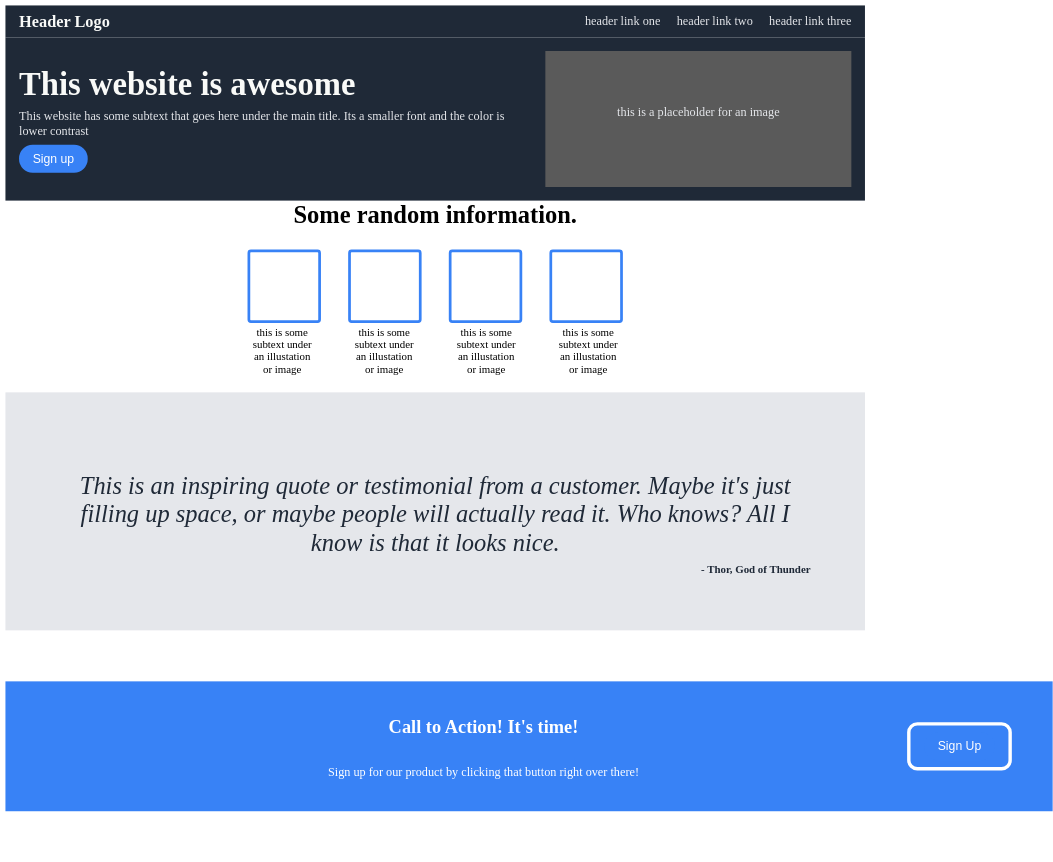
Repository: mnhardy1504/odin-recipes1
Page: flexboxlanding/index.html
An editor plug-in stored every save of this project. The page is shown before and after the next save, followed by the edit.
The browser window is 1280 px wide. The page is 1548 px wide, so the pictures cover 1548 px, including what lies to the right of the window. The pictures show the whole page, at 68% of full size.

Above is the page before, as saved 2023-09-15 14:41:45.

### flexboxlanding/index.html
<!DOCTYPE html>
<html>

<head>
    <meta charset="UTF-8">
    <link rel="stylesheet" href="index.css">
</head>

<body>
    <div class="header">
        <div class="header-logo"><strong>Header Logo</strong></div>
        <div class="header-links">
            <a href="#">header link one</a>
            <a href="#">header link two</a>
            <a href="#">header link three</a>
        </div>
    </div>

    <div class="flexbox-section">
        <div class="flexbox-content">
            <h1>This website is awesome</h1>
            <p class="subtext">This website has some subtext that goes here under the main title. Its a smaller font and
                the color is lower contrast</p>
            <button>Sign up</button>
        </div>
        <div class="image-container">
            <div class="image-placeholder">
                <div class="image-text">this is a placeholder for an image</div>
            </div>
        </div>
    </div>

    <div class="random"><strong>Some random information.</strong></div>

    <div class="square-container">
        <div class="square">
            <div class="square-text">
            </div>
        </div>
        <div class="square">
            <div class="square-text">
            </div>
        </div>
        <div class="square">
            <div class="square-text">
            </div>
        </div>
        <div class="square">
            </div>
        </div>
        <div class="text-container">
            <div class="text-box">this is some subtext under an illustation or image</div>
            <div class="text-box">this is some subtext under an illustation or image</div>
            <div class="text-box">this is some subtext under an illustation or image</div>
            <div class="text-box">this is some subtext under an illustation or image</div>
        </div>
    </div>
    <div class="quote-section">
        <p class="quote-text">
            This is an inspiring quote or testimonial from a customer. Maybe it's just filling up space, or maybe people
            will actually read it. Who knows? All I know is that it looks nice.
        </p>
        <div class="quote-author">
            <strong>- Thor, God of Thunder</strong>
        </div>
    </div>

    <div class="call-to-action-box">
        <div class="call-to-action-content">
            <h2>Call to Action! It's time!</h2>
            <p>Sign up for our product by clicking that button right over there!</p>
        </div>
        <div class="call-to-action-button">
            <button>Sign Up</button>
        </div>
    </div>
</body>

</html>

### flexboxlanding/index.css
.header {
    background-color: #1F2937; /* Header background color */
    color: white; /* Text color inside the header */
    display: flex;
    justify-content: space-between; /* Space between logo and links */
    align-items: center;
    padding: 10px 20px; /* Add padding to the header */
}

.header-logo {
    font-size: 24px;
     color: #f9faf8;
     margin-right: 20px;
}

.header-links a {
    text-decoration: none; /* Remove underlines from links */
    font-size: 18px;
    color: #e5e7eb;
    margin-left: 20px; /* Add spacing between links */
}

.header-links a:hover {
    text-decoration: underline;
}

.flexbox-section {
    background-color: #1F2937; /* Background color for the flexbox section */
    color: #f9faf8; /* Text color inside the flexbox section */
    display: flex;
    justify-content: space-between; /* Space between content and image */
    align-items: center;
    padding: 20px; /* Add padding to the flexbox section */
}

.flexbox-content {
    max-width: 60%; /* Adjust the maximum width of the content */
}

h1 {
    font-size: 48px;
    font-weight: bold; /* Extra-bold */
    margin: 0; /* Remove default margin */
}

.subtext {
    font-size: 18px;
    color: #e5e7eb; /* Subtext color */
    margin: 10px 0; /* Add spacing around subtext */
}

.image-container {
    display: flex;
    align-items: center; /* Vertically align content if needed */
}

.image-placeholder {
    width: 450px;
    height: 200px;
    background-color: #5A5A5A;
}

.image-text {
    font-size: 18px;
    color: #e5e7eb;
    text-align: center;
    padding: 80px;
}

.square-container {
    display: flex;
    justify-content:center;
    align-items: center;
    flex-wrap: wrap;
    background-color: white;
    padding: 10px;
}

.square {
    width: 100px;
    height: 100px;
    background-color: white;
    border: 4px solid #3882F6;
    text-align: center;
    display: flex;
    flex-direction: column;
    justify-content: space-between;
    align-items: center;
    color: white;
    margin: 20px;
    border-radius: 5px;
}

.text-container {
    display: flex;
    justify-content: center;
    align-items: center;
    flex-wrap: wrap;
    margin-top: -50px;
}

.text-box {
    width: 100px;
    text-align: center;
    margin: 25px;
}

.random {
    text-align: center;
    justify-content: center;
    font-size: 36px
}

.quote-section {
    background-color: #e5e7eb;
    padding: 80px;
    text-align: center;
}

.quote-text {
    font-size: 36px;
    font-style: italic;
    color: #1F2937;
    margin-bottom: 10px;
}

.quote-author {
    font-style: light italic;
    color: #1F2937;
    text-align: right;
    font-weight: 800;
}

.call-to-action-box {
    display: flex; /* Use flexbox for layout */
    background-color: #3882F6; /* White background for the container */
    padding: 20px;
    width: 1500px;
    margin: 75px auto;
}

.call-to-action-content {
    flex-grow: 1; /* Make this div expand to fill the available space */
    display: flex; /* Use flexbox within the container */
    flex-direction: column; /* Stack items vertically */
    align-items: center; /* Center items horizontally */
    justify-content: center; /* Center items vertically */
    margin-left: 100px ;
    max-width: 1200px;
    font-size: 18px;
    color: white;
}

.call-to-action-button {
    background-color: #3882F6; /* Blue background for the button */
    color: white;
    padding: 10px 20px; /* Adjust padding if needed */
    border: 5px solid white; /* Set border style and color */
    border-radius: 15px;
    font-size: 18px;
    cursor: pointer;
    height: 100; /* Adjust the height to your preference */
    margin: 40px;
}


/* Add hover effect to the button */
.call-to-action-content button:hover {
    background-color: #1F5CFF; /* Darker blue on hover */
}

button {
    background-color: #3882F6;
    color: white;
    padding: 10px 20px;
    border: white;
    border-radius: 20px;
    font-size: 18px;
    cursor: pointer;
    align-items: right;
    text-align: right;
}

button:hover {
    background-color: #3882F6
}

After the next save:
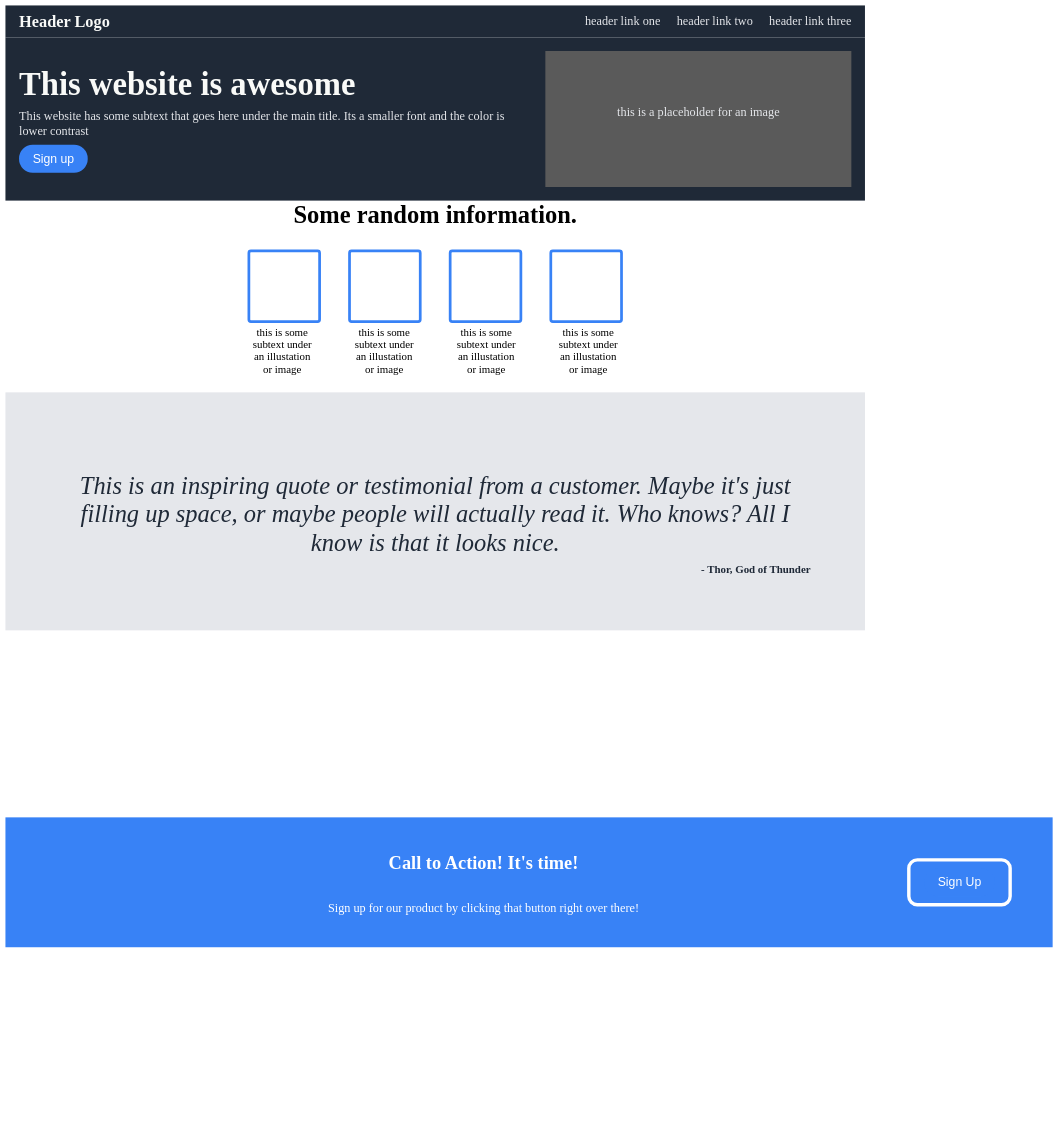
Saved 16 s later.
--- a/flexboxlanding/index.css
+++ b/flexboxlanding/index.css
@@ -136,7 +136,7 @@
     background-color: #3882F6; /* White background for the container */
     padding: 20px;
     width: 1500px;
-    margin: 75px auto;
+    margin: 275px auto;
 }
 
 .call-to-action-content {

After the save that followed:
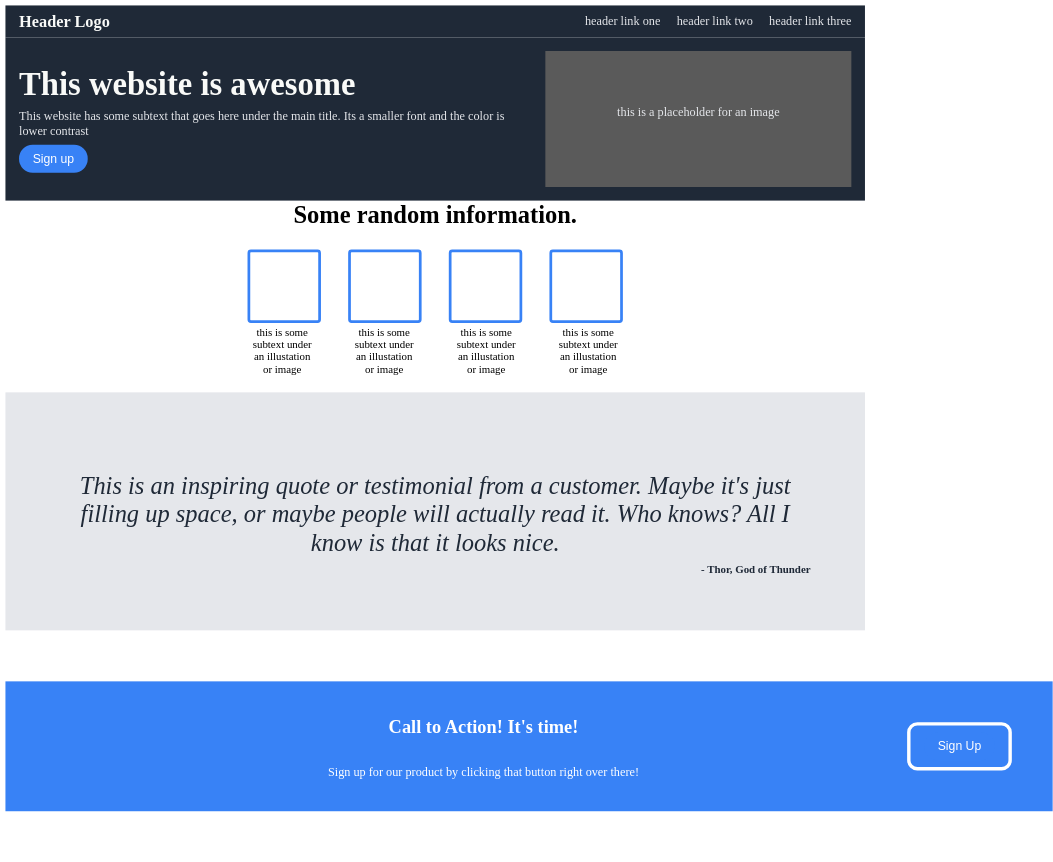
Saved 6 s later.
--- a/flexboxlanding/index.css
+++ b/flexboxlanding/index.css
@@ -136,7 +136,7 @@
     background-color: #3882F6; /* White background for the container */
     padding: 20px;
     width: 1500px;
-    margin: 275px auto;
+    margin: 75px auto;
 }
 
 .call-to-action-content {
